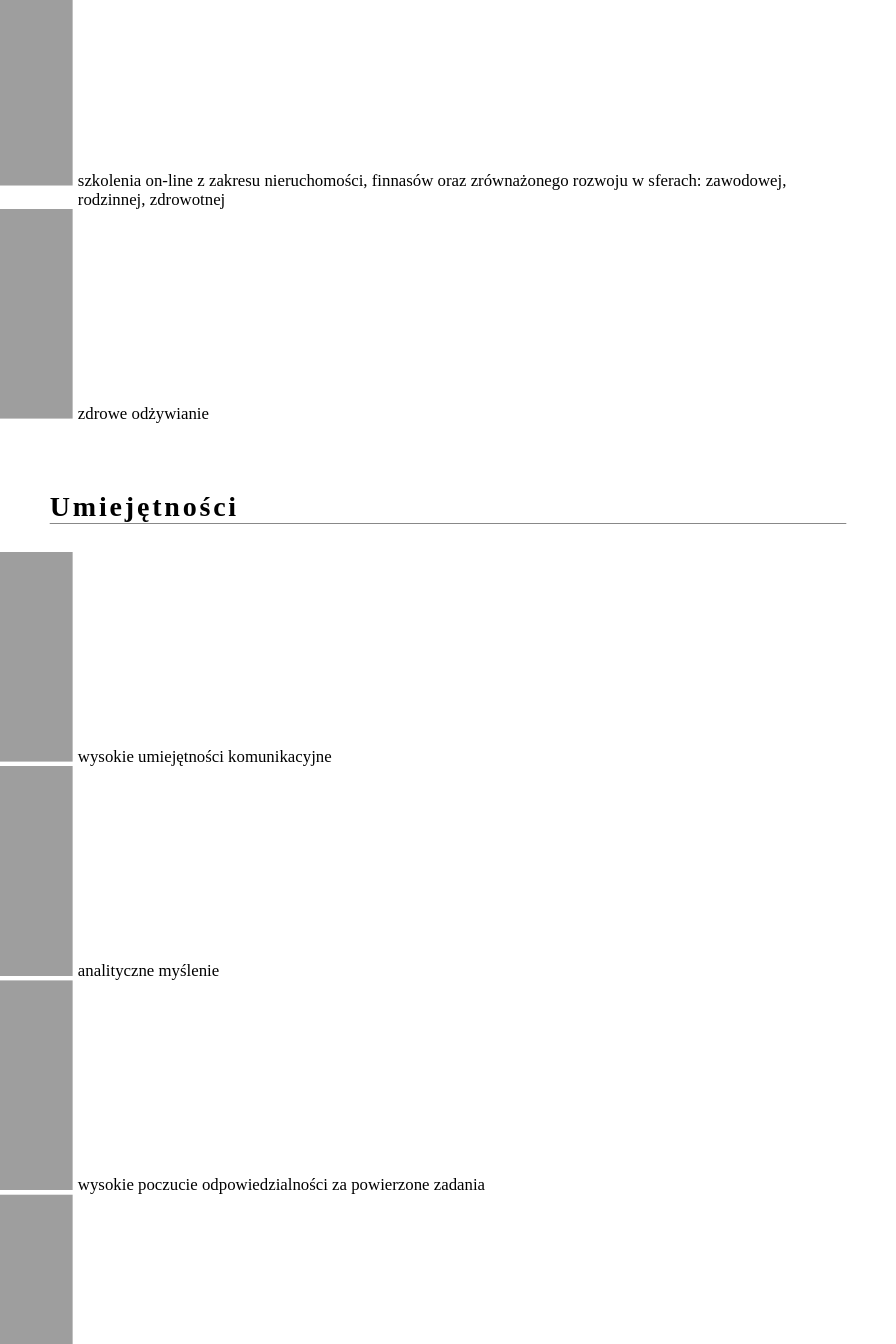
Repository: MagJaw/portfolio
Page: portfolio.html
These files come from the project's save history. The page is drawn as it stood at one moment and after the next save; the edit follows.
The browser window is 1280 px wide. The pictures show the part of the page from y = 2585 to 4505 px (the page is 7891 px tall before and 7558 px after), at 70% of full size.
A picture or video elsewhere on the page could not be fetched, so the positions and the page height are approximate.

Above is the page before, as saved 2018-11-20 22:49:28.

After the next save:
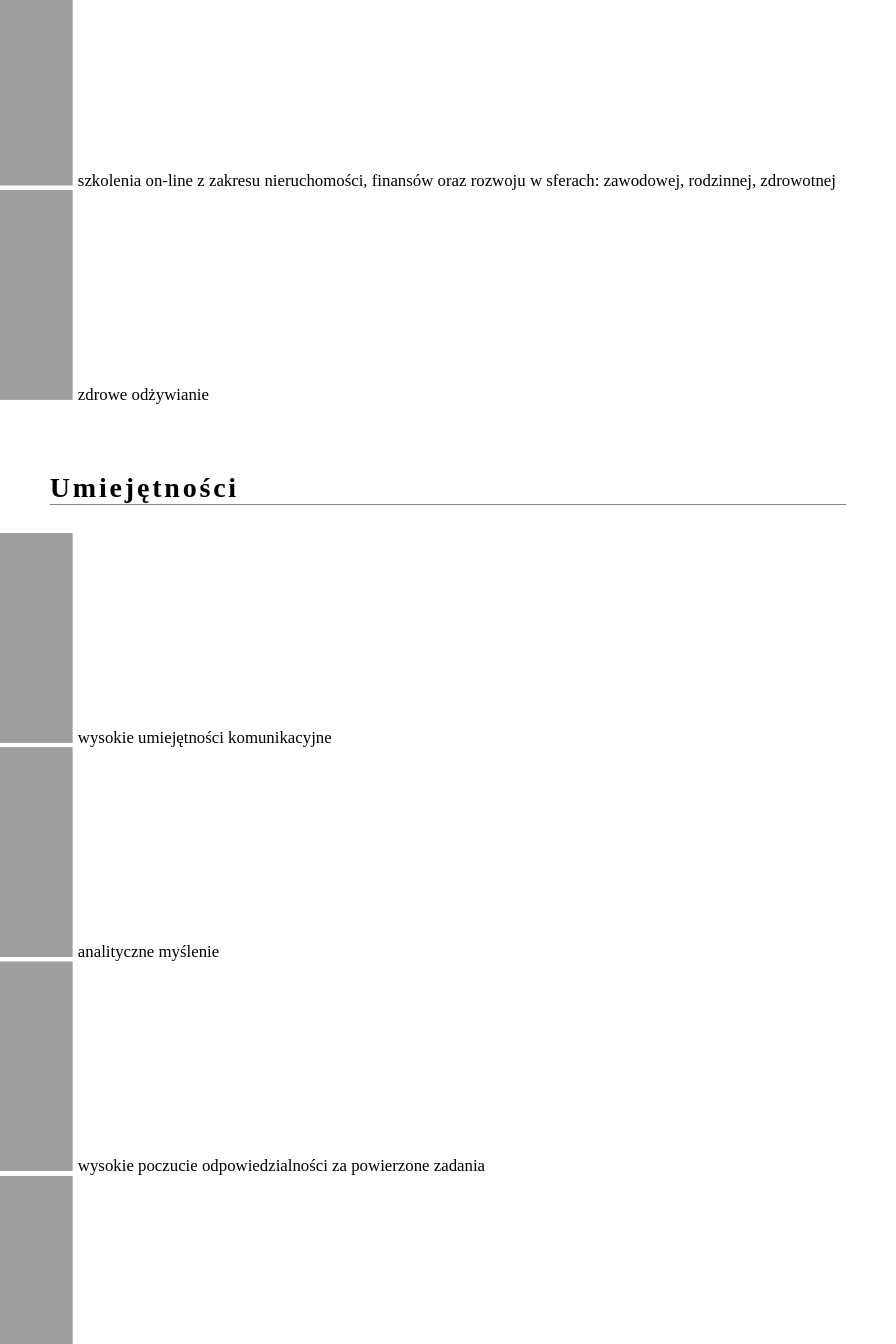
Saved 9 min 36 s later.
--- a/portfolio.html
+++ b/portfolio.html
@@ -49,7 +49,7 @@
                     <li class="item">wycieczki rowerowe</li>
                     <li class="item">wędrówki górskie</li>
                     <li class="item">literatura</li>
-                    <li class="item">szkolenia on-line z zakresu nieruchomości, finnasów oraz zrównażonego rozwoju w sferach: zawodowej, rodzinnej, zdrowotnej</li>
+                    <li class="item">szkolenia on-line z zakresu nieruchomości, finansów oraz rozwoju w sferach: zawodowej, rodzinnej, zdrowotnej</li>
                     <li class="item">zdrowe odżywianie</li>
                 </ul>
             </div>
@@ -59,11 +59,10 @@
                     <li class="item">wysokie umiejętności komunikacyjne</li>
                     <li class="item">analityczne myślenie</li>
                     <li class="item">wysokie poczucie odpowiedzialności za powierzone zadania</li>
-                    <li class="item">skrupulatność</li>
                     <li class="item">umiejętność pracy w zespole</li>
                     <li class="item">chęć do nauki i rozwoju</li>
                     <li class="item">znajomość technik sprzedażowych</li>
-                    <li class="item">bardzo dobra znajomość języka angielskiego (certyfikat)</li>
+                    <li class="item">bardzo dobra znajomość języka angielskiego</li>
                     <li class="item">znajomość narzędzi pakietu Office</li>
                     <li class="item">podstawowa znajomość HTML, CSS, JavaScript</li>
                 </ul>
